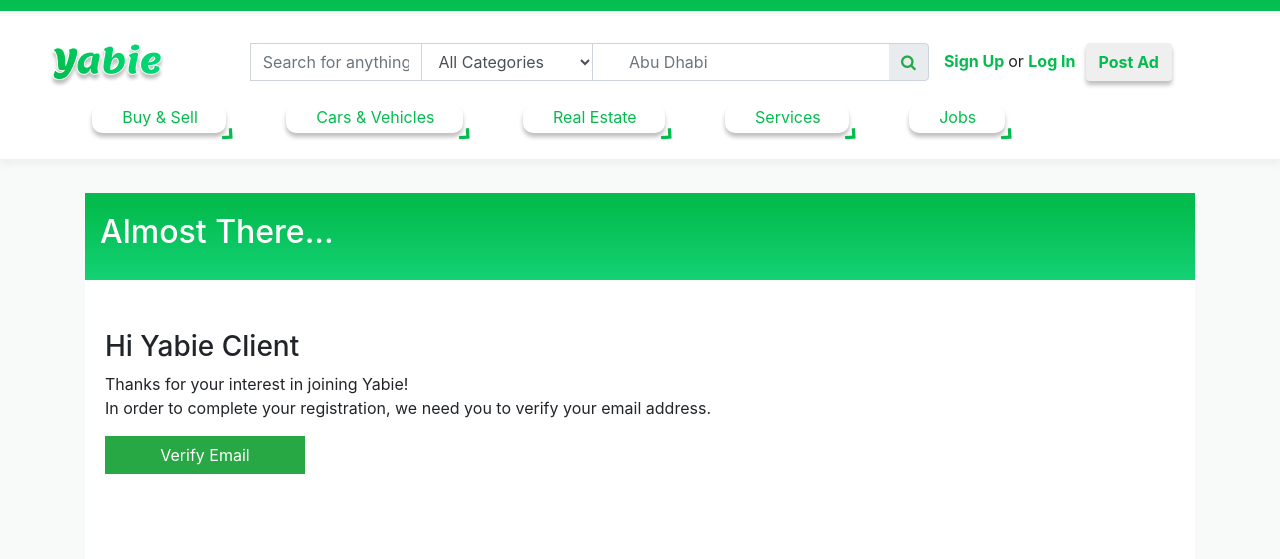
Repository: muazzamkha95/yabie
Page: confirm-email.html
The author's editor kept a copy of each file at every save. The page is drawn from the files as they stood at one save, then again after a run of saves.
The browser window is 1280 px wide. The pictures show the whole page.

Above is the page before, as saved 2020-07-09 15:47:24.
Console error: TypeError: Cannot read properties of undefined (reading 'fn')

### confirm-email.html
<!DOCTYPE html>
<html lang="en">
<head>
    <meta charset="UTF-8">
    <meta name="viewport" content="width=device-width, initial-scale=1.0">
    <title>SignUp Page</title>

    <link rel="stylesheet" href="https://maxcdn.bootstrapcdn.com/bootstrap/4.0.0/css/bootstrap.min.css" integrity="sha384-Gn5384xqQ1aoWXA+058RXPxPg6fy4IWvTNh0E263XmFcJlSAwiGgFAW/dAiS6JXm" crossorigin="anonymous">
    <link rel="stylesheet" href="https://stackpath.bootstrapcdn.com/font-awesome/4.7.0/css/font-awesome.min.css" integrity="sha384-wvfXpqpZZVQGK6TAh5PVlGOfQNHSoD2xbE+QkPxCAFlNEevoEH3Sl0sibVcOQVnN" crossorigin="anonymous">
    <link href="css/main.css"  rel="stylesheet"></link>


</head>
<body>
        <div class="topBar"></div>
        <nav class="navbar">
            <div class="maincontainer">
                <div class="row">
                        <div class="col-md-2">
                            <img src="images/YabieLogo.png" alt="Yabie Logo" class="logo"/>
                        </div>
                        <div class="col-md-7">
                            <form class="form-inline" action="#">
                                <div class="input-group">
                                    <input type="text" class="form-control" placeholder="Search for anything" required>
                                    <select class="form-control border-right-0" required>
                                        <option>All Categories</option>
                                        <option value="a">A</option>
                                        <option value="b">B</option>
                                    </select>
                                    <div class="input-group">
                                        <div class="input-group-append">
                                            <span class="input-group-text bg-white text-success border-right-0"><i class="fa fa-map-marker-alt"></i></span>
                                        </div>
                                        <input type="text" class="form-control border-left-0 border-right-0" placeholder="Abu Dhabi" required>
                                        <div class="input-group-append">
                                            <button type="submit" class="input-group-text"><i class="fa fa-search text-success"></i></button>
                                        </div>
                                    </div>
                                </div>
                            </form>
                        </div>
                        <div class="col-md-3" >
                            <div class="row text-center">
                                <span style="padding-top: 6px;">
                                    <span class="btext"> Sign Up </span>  or <span class="btext">Log In</span>
                                </span>

                                <button class="btn btn-default btext pull-right boxshadow" style="margin-left: 10px;">Post Ad</button>
                            </div>
                        </div>

                </div>
                <div class="row mt-3" >
                    <span class="categoryTab">Buy & Sell <i class="keyboard_arrow_down_24px_rounded fa fa-chevron-right "></i></span>
                    <span class="categoryTab">Cars & Vehicles  <i class="keyboard_arrow_down_24px_rounded fa fa-chevron-right "></i></span>
                    <span class="categoryTab">Real Estate <i class="keyboard_arrow_down_24px_rounded fa fa-chevron-right "></i></span>
                    <span class="categoryTab">Services <i class="keyboard_arrow_down_24px_rounded fa fa-chevron-right "></i></span>
                    <span class="categoryTab">Jobs <i class="keyboard_arrow_down_24px_rounded fa fa-chevron-right "></i></span>
                </div>
            </div>
        </nav>

        <main  role="main" class="mainSection">
            <div class="container" >

                <div class="col-md-12 confirm-head">
                    <h2 >Almost There...</h2>
                </div>
                <div class="col-md-12 confirm-body">
                    <h3>
                        Hi Yabie Client
                    </h3>
                    <p>
                        Thanks for your interest in joining Yabie!<br/> In order to complete your registration, we need you to verify your email address.
                    </p>
                    <button class="btn btn-success" style="width: 200px; text-align: center; border-radius: 0%;">Verify Email</button>
                    <br/>
                </div>


            </div>

        </main>


</body>
<script src="https://maxcdn.bootstrapcdn.com/bootstrap/4.0.0/js/bootstrap.min.js" integrity="sha384-JZR6Spejh4U02d8jOt6vLEHfe/JQGiRRSQQxSfFWpi1MquVdAyjUar5+76PVCmYl" crossorigin="anonymous"></script>
<script src="js/main.js" type="text/javascript"></script>
</html>

### css/main.css
/* Body */
*{
    padding: 0;
    margin: 0;
}
body{
    background: #F8F9F9;

}
a{
    color: #04BC4E;
    text-decoration: none;
    font-weight: bold;
}
a:hover{
    color: ;
}

/* Main navbar css */

.topBar{

    position: absolute;
    width: 100%;
    height: 11px;
    left: 0px;
    top: 0px;

    background: linear-gradient(180deg, #04BC4E 0%, #15D57B 537.5%);
}


nav{
    position: absolute;
    width: 100%;
    height: 143px;
    left: 0px;
    top: 16px;
    background: #FFFFFF;
    box-shadow: 0px 6px 6px rgba(219, 214, 214, 0.25);
    padding-top: 20px;
}

.maincontainer{
    width: 95%;
    margin-left:auto;
    margin-right: auto;
}

.logo{
    height: 100;
}
.btext{
    font-weight: bold;
    color: #04BC4E;
}
.light-text{
    color:lightgray;
}
.light-note-text{
    font-size: 12px;
    color:lightgray;
}

.boxshadow{
    box-shadow: 0px 4px 4px rgba(0, 0, 0, 0.25);
}

.categoryTab{
    display: inline;
    box-shadow: 0px 4px 4px rgba(0, 0, 0, 0.25);
    background-color: #FFFFFF;
    color: #04BC4E;
    border-radius: 10px;
    margin-left: 60px;
    padding-left: 30px;


}
.keyboard_arrow_down_24px_rounded{
    position: relative;
    width: 24px;
    height: 24px;
    left:17px;
    top: 22px;
    transform: rotate(41.5deg);

}

/* Main section  */

.mainSection{
    width: 90%;
    margin-left: auto;
    margin-right: auto;
    margin-top: 50px;



}


.sectionTitle{

    font-family:sans-serif;
    font-style: normal;
    font-weight: 500;
    font-size: 24px;
    line-height: 29px;

    color: #3E4153;
}
.sectionSeeAll{
    color: #04BC4E;
    margin-right: 20px;
}
/* Ad card  */

.adcard{
    background: #FFFFFF;
    padding: 10px;
    margin-right: 21.85px;
    width: 177px;
}
.adTitle{
    font-family: sans-serif;
    font-style: normal;
    font-weight: bold;
    font-size: 16px;
    line-height: 19px;
    color: #000000;
    margin-top: 20px;
}
.adPrice{
    position: relative;
    width: 81px;
    height: 33px;
    left: -160px;
    top: 60px;
    padding: 5px;

    background: #4F4A4A;
    mix-blend-mode: hard-light;
    border-radius: 0px 10px 10px 0px;
    z-index: 999;
}

/* Login Page */

.mainSectionLogin{

    height: 100vh;
    background: linear-gradient(257.12deg, #04BC4E 56.95%, #15D57B 84.28%);
}
.login-btn{
    width: 100%;
    background-color:  #04BC4E;
    color: white;
    font-weight: bold;
}

input{
    border-radius: 0 !important;
    /* margin: 40px 0px 40px 0px; */
}

/* Email Confirmation Page */
.confirm-head{
    background: linear-gradient(180deg, #04BC4E 15.92%, #15D57B 113.67%);
    height: 87px;
}
.confirm-body{
    background:#FFFFFF;
    height: 60vh;
    padding: 50px 20px 50px 20px;
}

.confirm-head > h2{
    color: white;
    padding-top: 20px;
}

Loaded but not shown: js/main.js (no stored copy; drawn as an empty file)

After the next 2 saves:
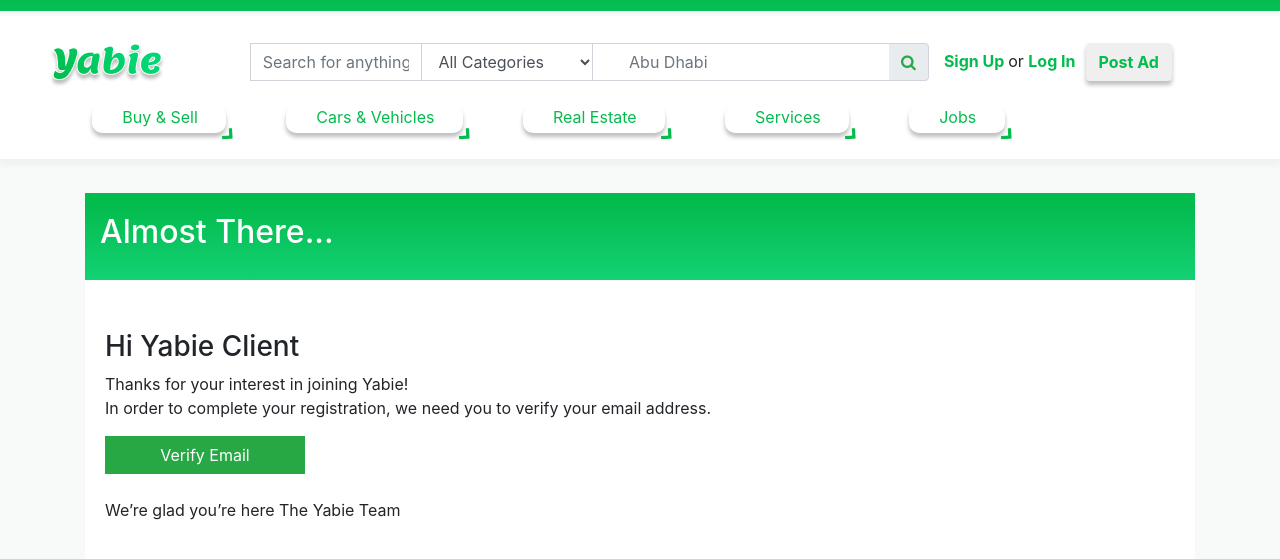
The 2 saves are shown as one change because they came seconds apart.
The last was saved 7 s later.
--- a/confirm-email.html
+++ b/confirm-email.html
@@ -76,6 +76,10 @@
                     </p>
                     <button class="btn btn-success" style="width: 200px; text-align: center; border-radius: 0%;">Verify Email</button>
                     <br/>
+                    <br/>
+                    <p>
+                        We’re glad you’re here The Yabie Team
+                    </p>
                 </div>
 
 
